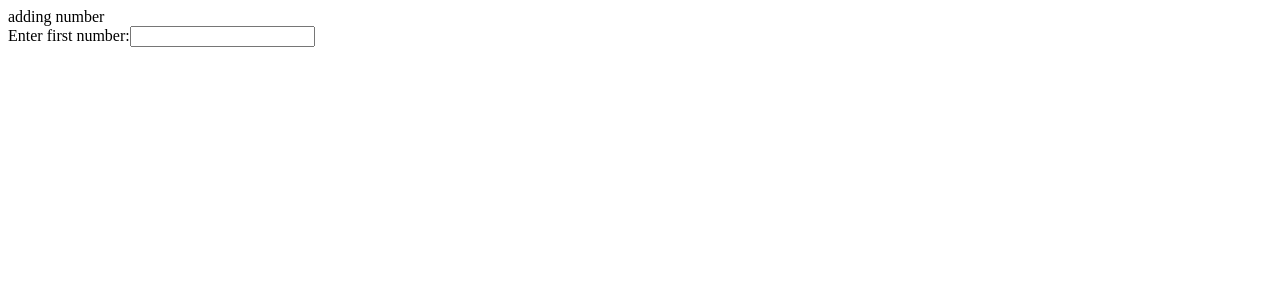
Repository: sandipgole/Myservlet
Page: HelloWorldAgain/WebContent/index.html
The author's editor kept a copy of each file at every save. The page is drawn from the files as they stood at one save, then again after the next save.
The browser window is 1280 px wide. The pictures show the whole page.

Above is the page before, as saved 2019-06-24 16:28:41.

After the next save:
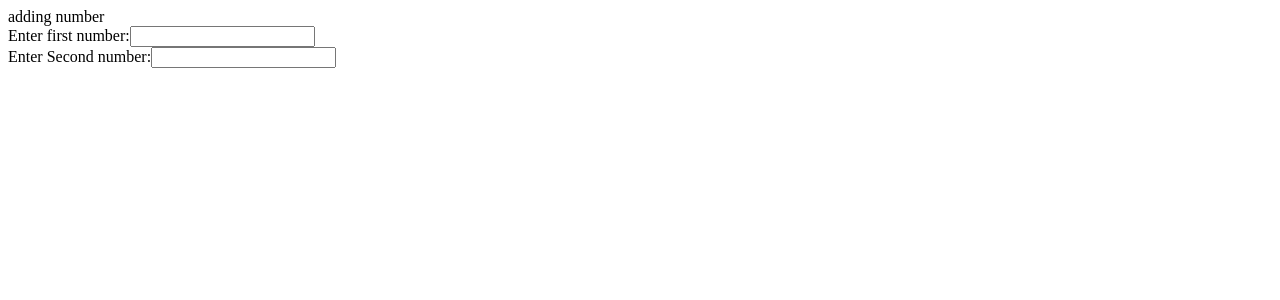
Saved 61 s later.
--- a/HelloWorldAgain/WebContent/index.html
+++ b/HelloWorldAgain/WebContent/index.html
@@ -6,7 +6,8 @@ adding number
 </head>
 <body>
 <form action="">
-Enter first number:<input type="text" name="num1">
+Enter first number:<input type="text" name="num1"><br>
+Enter Second number:<input type ="text" name="num2">
 
 
 </form>
